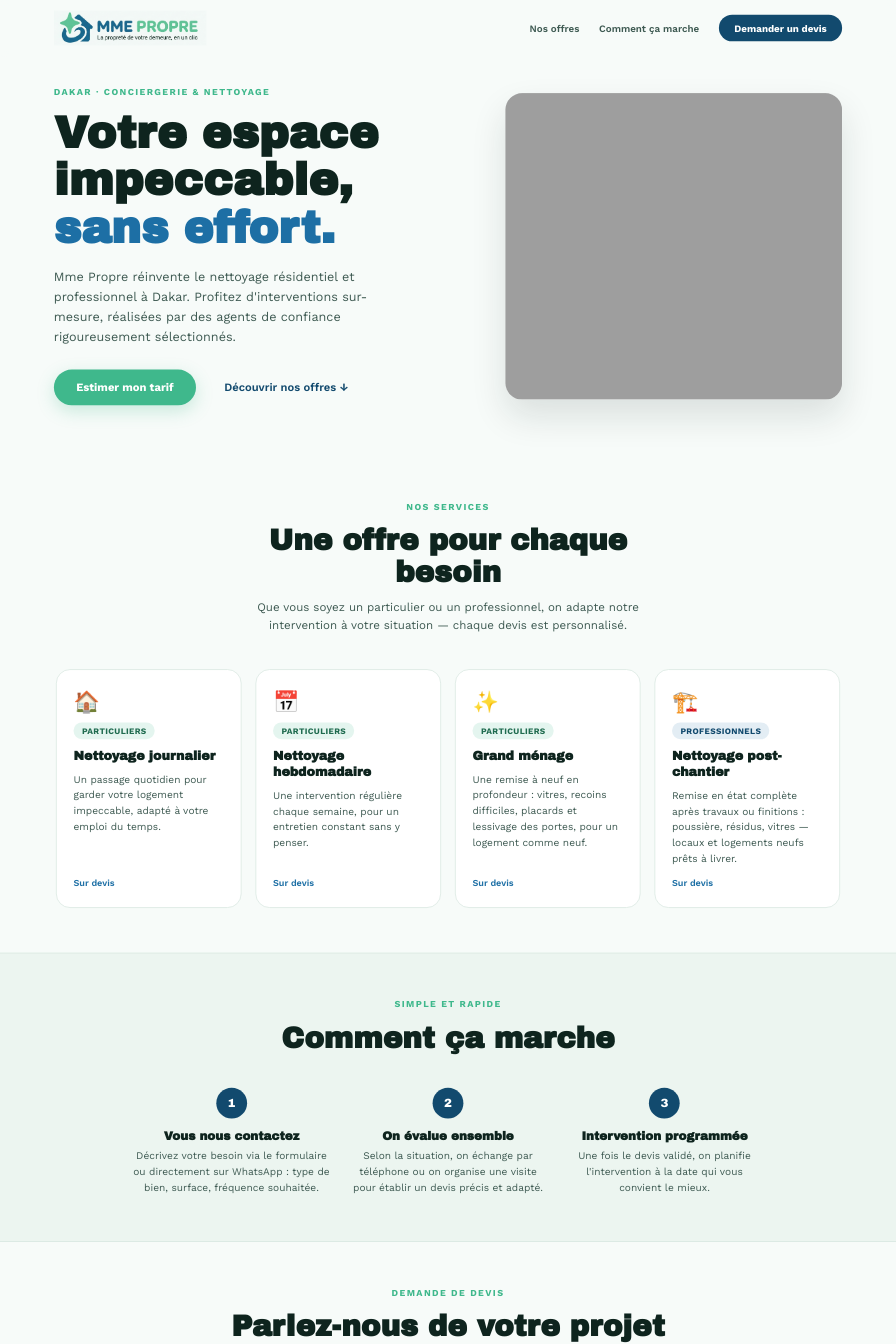
Repository: AntaaaKD/Mme-Propre
Page: Particulier.html
These files come from the project's save history. The page is drawn as it stood at one moment and after a run of saves; the edit follows.
The browser window is 1280 px wide. The pictures show the part of the page from y = 0 to 1920 px (the page is 2721 px tall before and 2711 px after), at 70% of full size.
Pictures or frames that could not be fetched are drawn as grey boxes.

Above is the page before, as saved 2026-07-20 19:21:25.

After the next 3 saves:
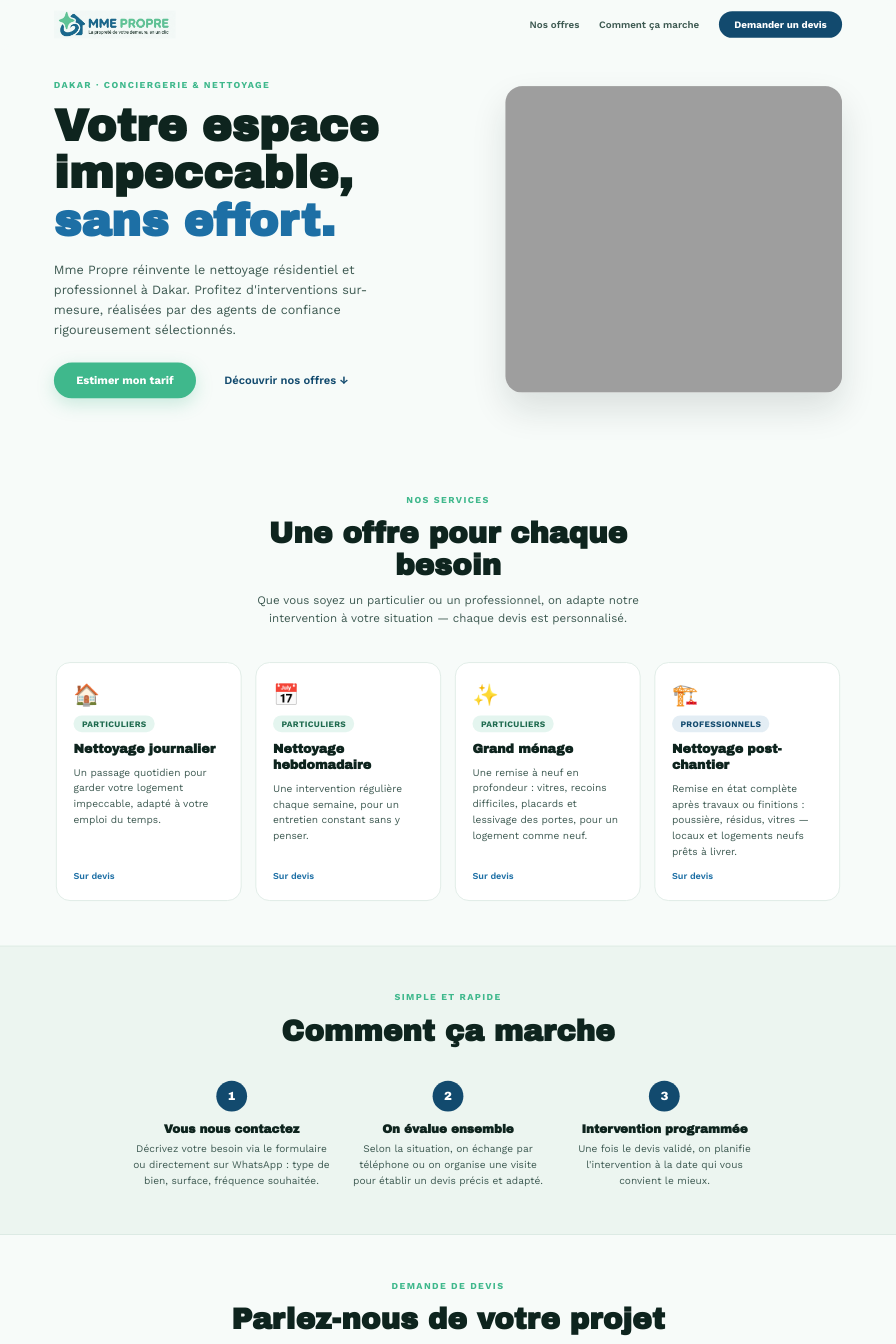
The 3 saves are shown as one change because they came seconds apart.
The last was saved 115 s later.
--- a/Particulier.html
+++ b/Particulier.html
@@ -34,7 +34,7 @@
     backdrop-filter:blur(6px);z-index:20;border-bottom:1px solid transparent;
   }
   .logo{display:flex;align-items:center;}
-  .logo img{height:50px;width:auto;display:block;}
+  .logo img{height:40px;width:auto;display:block;}
   nav{display:flex;align-items:center;gap:28px;}
   nav a.nav-link{font-size:14px;font-weight:600;color:var(--ink-soft);text-decoration:none;}
   .header-cta{
